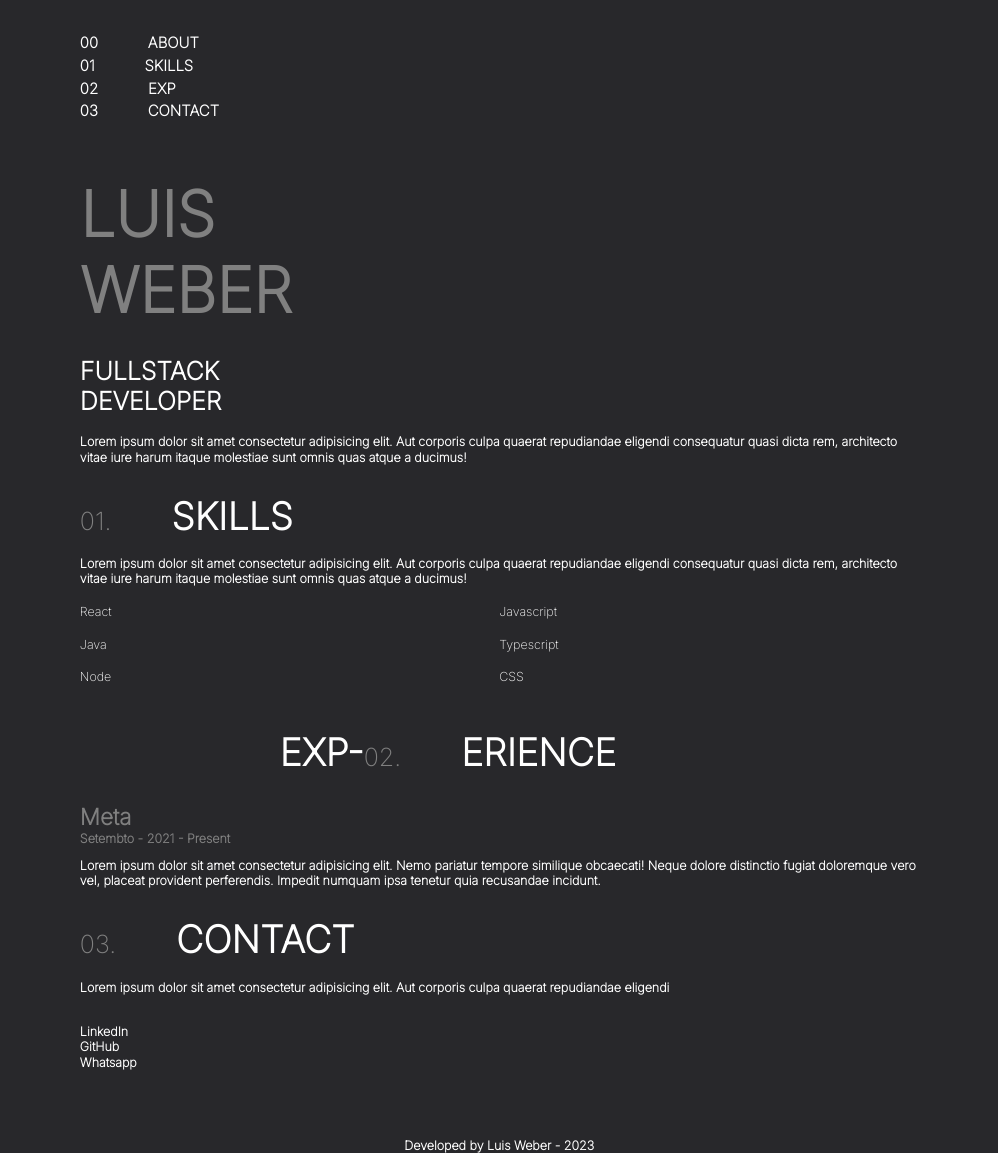
Repository: luiswh1/Portfolio
Page: /
The author's editor kept a copy of each file at every save. The page is drawn from the files as they stood at one save, then again after the next save.
The browser window is 1280 px wide. The pictures show the whole page, at 78% of full size.
The project was rebuilt for these pictures with package versions that can differ from the ones it lists, and the page was loaded fresh each time.

Above is the page before, as saved 2023-05-31 19:45:33.

After the next save:
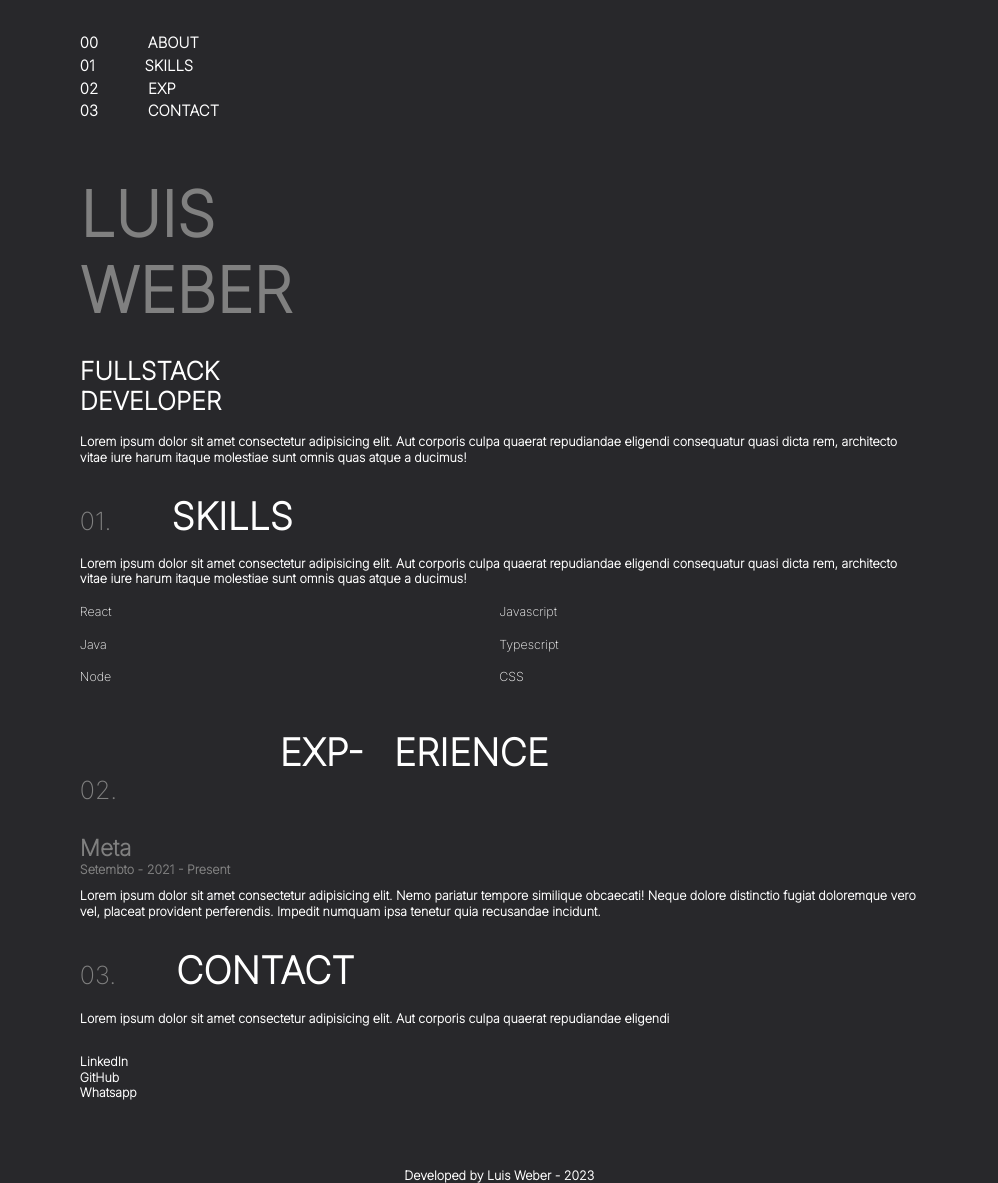
Saved 2 min 40 s later.
--- a/src/Pages/Home.tsx
+++ b/src/Pages/Home.tsx
@@ -70,9 +70,11 @@ const Home = () => {
 
           <LabelTitle>
             {/* TODO Ajustar o EXP em diferente resoluções de celular, pois está ficando desalinhado com o ERIENCE */}
+            <div>
             <StyledSpanExp>EXP-</StyledSpanExp>
+            <IndexTitle>ERIENCE</IndexTitle>
+            </div>
             <NumberIndex>02.</NumberIndex>
-            <IndexTitle>ERIENCE</IndexTitle>
           </LabelTitle>
 
           <Experience>
